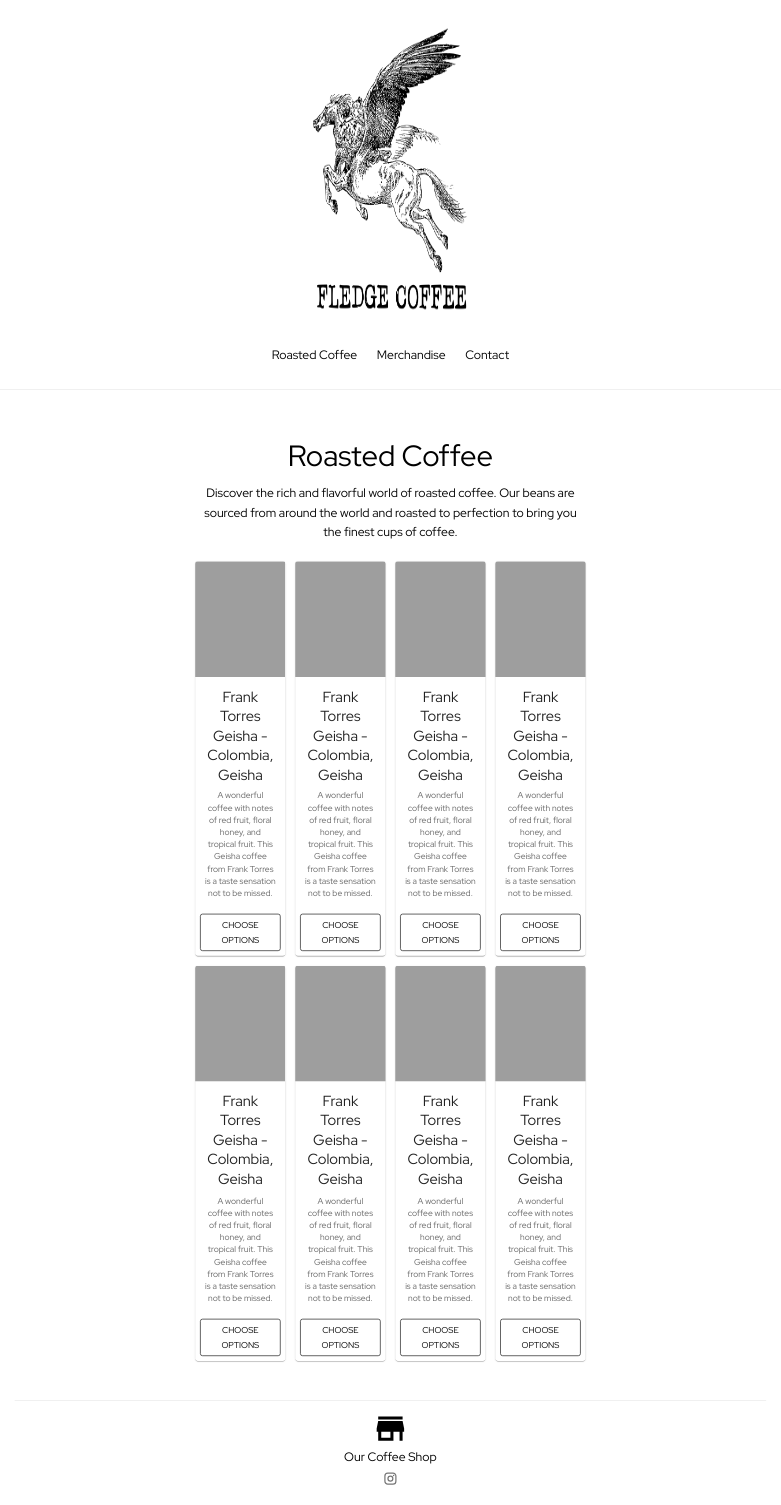
Repository: Cmicula054/Fledge-Coffee
Page: /roasted-coffee
An editor plug-in stored every save of this project. The page is shown before and after a run of saves, followed by the edit.
The browser window is 1280 px wide. The pictures show the whole page, at 61% of full size.
Pictures or frames that could not be fetched are drawn as grey boxes. Some web fonts or font styles are not loaded; a fallback is used. The project was rebuilt for these pictures with package versions that can differ from the ones it lists, and the page was loaded fresh each time. Also part of the build but not shown: src/components/Merchandise.jsx, src/components/Contact.jsx.

Above is the page before, as saved 2023-12-08 15:21:18.

After the next 2 saves:
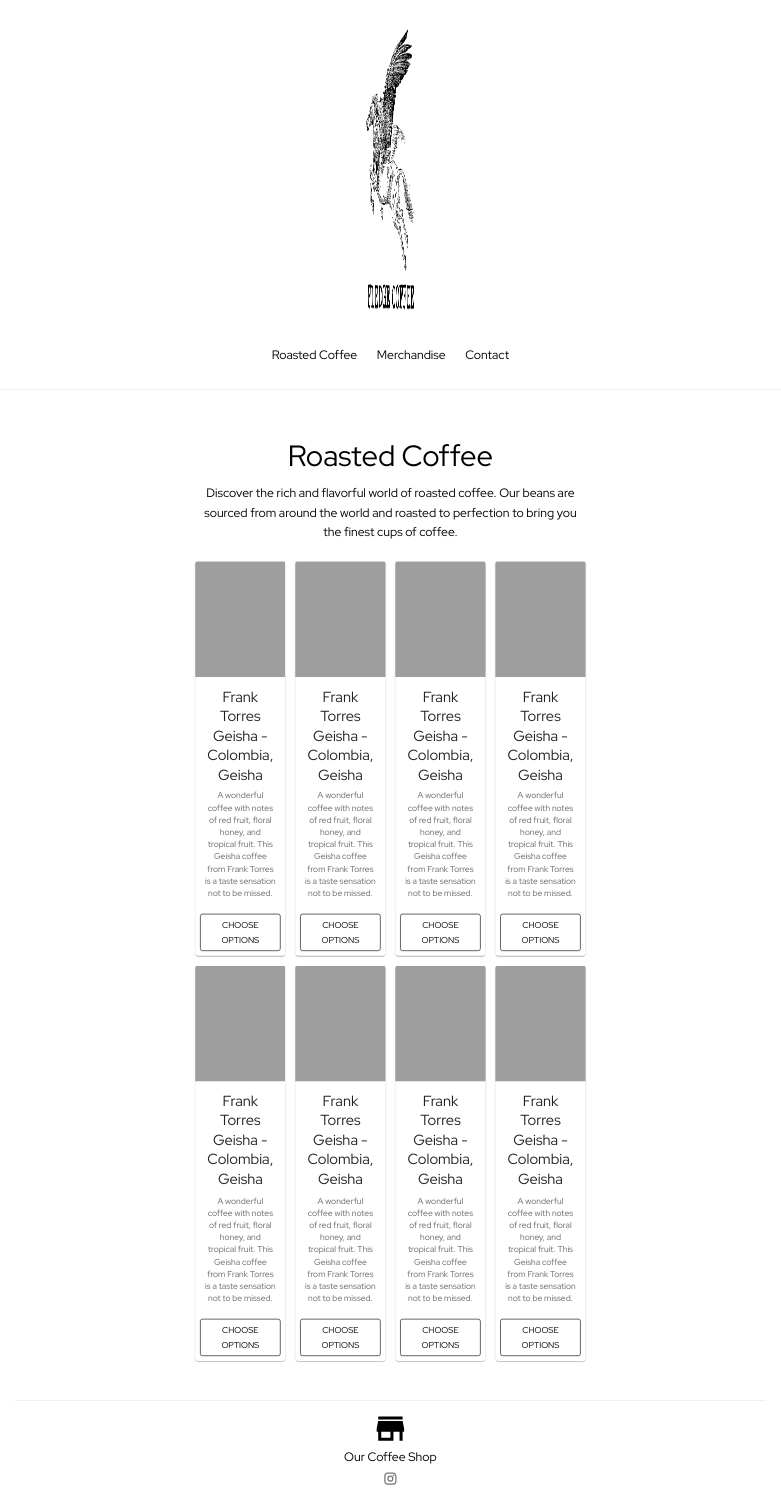
The 2 saves are shown as one change because they came seconds apart.
The last was saved 3 min 7 s later.
--- a/src/components/Layout.jsx
+++ b/src/components/Layout.jsx
@@ -28,7 +28,7 @@
             <img
               src={Fledge1}
               alt="Fledge coffee logo"
-              style={{ width: 290, height: 490 }}
+              style={{ width: 90, height: 490 }}
             />
           </a>
           <Box display="flex" justifyContent="center" gap={4} mt={4}>
